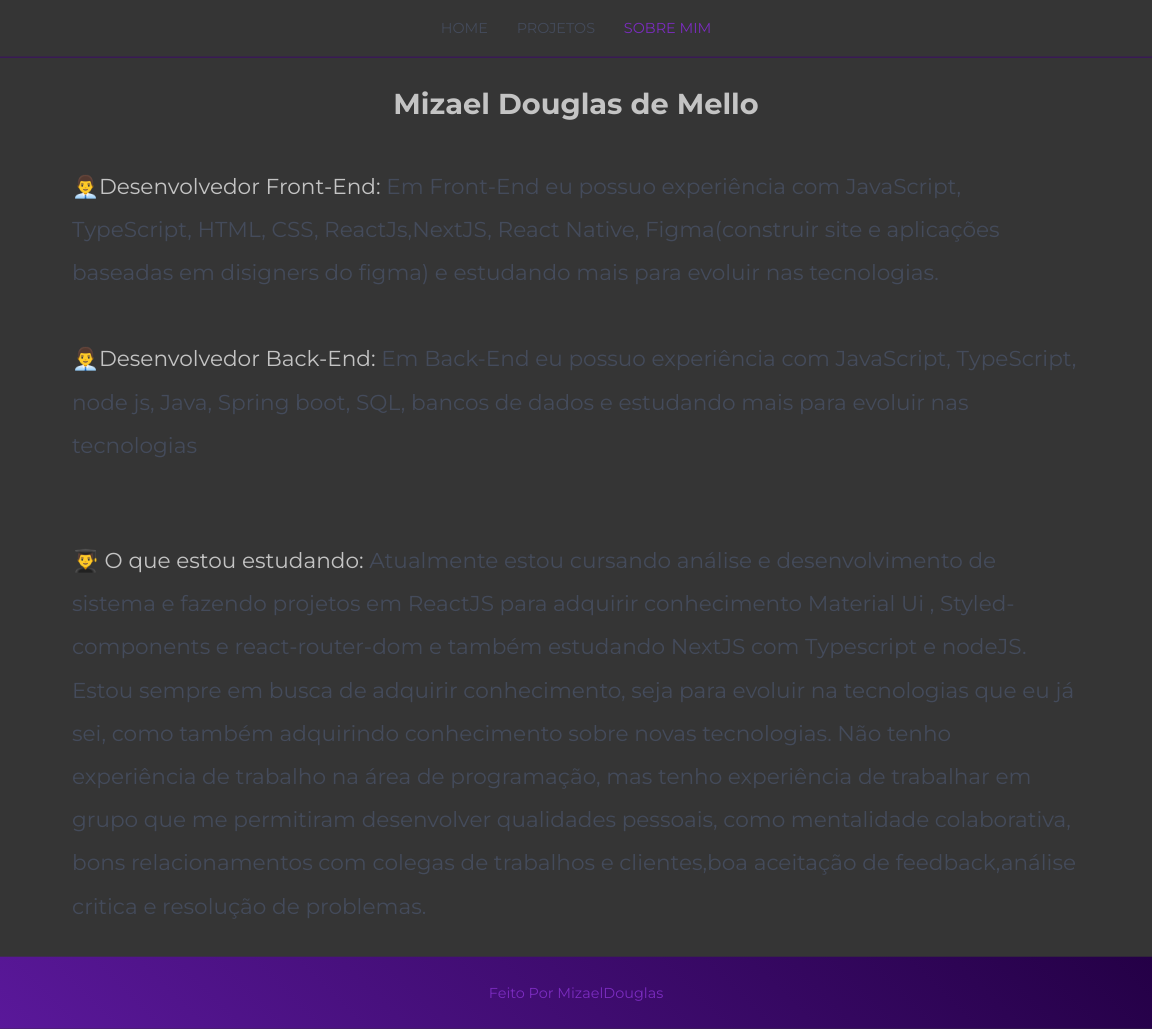
Repository: Mizaeldouglas/New-Portifolio
Page: /sobre
The author's editor kept a copy of each file at every save. The page is drawn from the files as they stood at one save, then again after the next save.
The browser window is 1280 px wide. The pictures show the whole page, at 90% of full size.
The project was rebuilt for these pictures with package versions that can differ from the ones it lists, and the page was loaded fresh each time. The framework's server and built-in components were replaced by stand-ins that run in the browser. Also part of the build but not shown: next.config.js.

Above is the page before, as saved 2022-07-05 20:51:32.

After the next save:
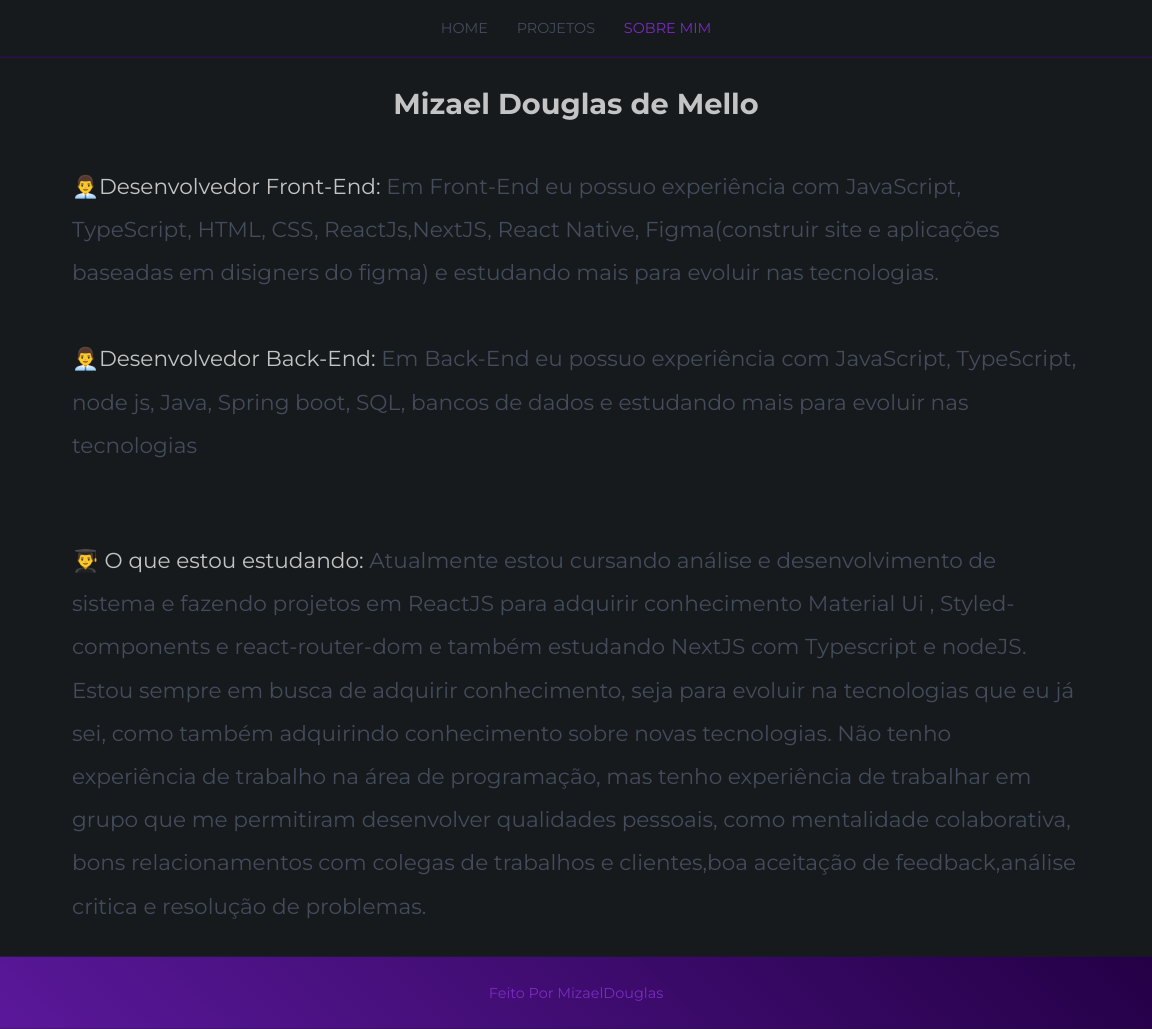
Saved 18 s later.
--- a/src/styles/theme.ts
+++ b/src/styles/theme.ts
@@ -1,5 +1,5 @@
 const theme = {
-  background: '#353535',
+  background: '#161a1d',
   backgroundLight: '#3c096c',
   primary: '#7b2cbf',
   secondary: '#5a189a',
